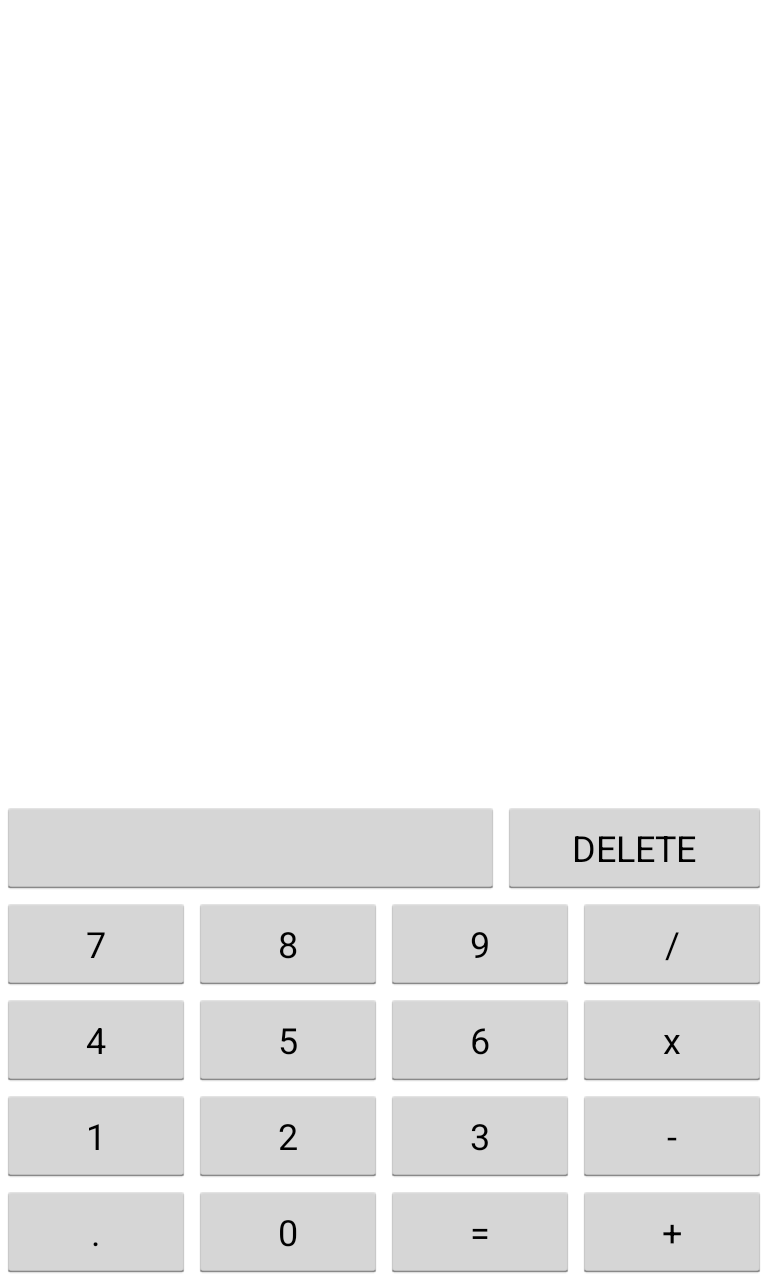
Repository: iracom/ejercicios-android
Layout: Calculadora/res/layout/activity_main.xml
These files come from the project's save history. The layout is drawn as it stood at one moment and after the next save; the edit follows.
It is drawn on a 768 x 1280 px phone screen (xhdpi) without system bars, with theme AppTheme; the app's code is not run.

Above is the layout before, as saved 2014-05-07 10:08:55.

After the next save:
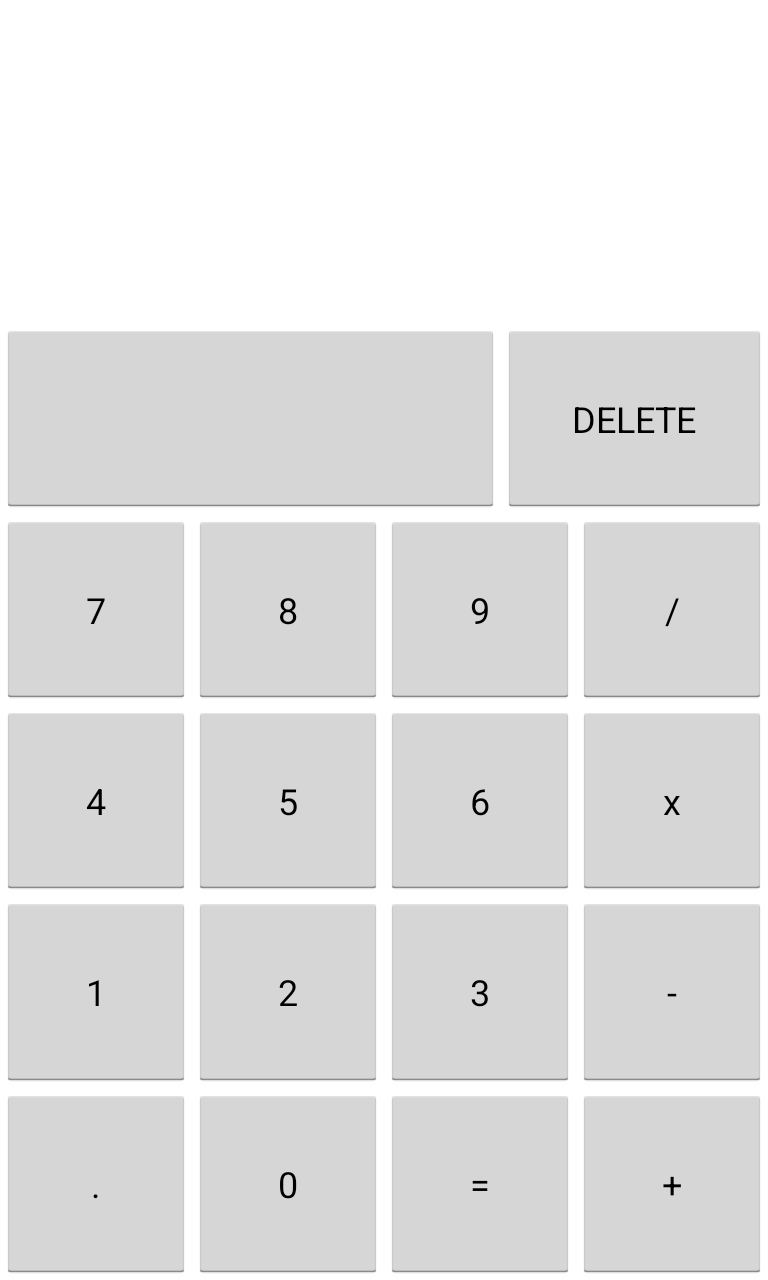
Saved 9 min 34 s later.
--- a/Calculadora/res/layout/activity_main.xml
+++ b/Calculadora/res/layout/activity_main.xml
@@ -9,19 +9,20 @@
         android:id="@+id/textView1"
         android:layout_width="match_parent"
         android:layout_height="wrap_content"
-        android:layout_weight="1"
+        android:layout_weight="3"
         android:gravity="right"
         android:text="" />
 
     <LinearLayout
         android:layout_width="match_parent"
         android:layout_height="wrap_content"
+        android:layout_weight="1"
         android:orientation="horizontal" >
 
         <Button
             android:id="@+id/btn_adorno"
             android:layout_width="wrap_content"
-            android:layout_height="wrap_content"
+            android:layout_height="match_parent"
             android:layout_weight="4"
             android:text=""
             android:clickable="false"/>
@@ -29,7 +30,7 @@
         <Button
             android:id="@+id/btn_delete"
             android:layout_width="wrap_content"
-            android:layout_height="wrap_content"
+            android:layout_height="match_parent"
             android:layout_weight="1"
             android:text="@string/borrar" />
 
@@ -38,33 +39,34 @@
     <LinearLayout
         android:layout_width="match_parent"
         android:layout_height="wrap_content"
+        android:layout_weight="1"
         android:orientation="horizontal" >
 
         <Button
             android:id="@+id/btn_7"
             android:layout_width="wrap_content"
-            android:layout_height="wrap_content"
+            android:layout_height="match_parent"
             android:layout_weight="1"
             android:text="@string/siete" />
 
         <Button
             android:id="@+id/btn_8"
             android:layout_width="wrap_content"
-            android:layout_height="wrap_content"
+            android:layout_height="match_parent"
             android:layout_weight="1"
             android:text="@string/ocho" />
 
         <Button
             android:id="@+id/btn_9"
             android:layout_width="wrap_content"
-            android:layout_height="wrap_content"
+            android:layout_height="match_parent"
             android:layout_weight="1"
             android:text="@string/nueve" />
 
         <Button
             android:id="@+id/btn_div"
             android:layout_width="wrap_content"
-            android:layout_height="wrap_content"
+            android:layout_height="match_parent"
             android:layout_weight="1"
             android:text="@string/div" />
 
@@ -73,33 +75,34 @@
     <LinearLayout
         android:layout_width="match_parent"
         android:layout_height="wrap_content"
+        android:layout_weight="1"
         android:orientation="horizontal" >
 
         <Button
             android:id="@+id/btn_4"
             android:layout_width="wrap_content"
-            android:layout_height="wrap_content"
+            android:layout_height="match_parent"
             android:layout_weight="1"
             android:text="@string/cuatro" />
 
         <Button
             android:id="@+id/btn_5"
             android:layout_width="wrap_content"
-            android:layout_height="wrap_content"
+            android:layout_height="match_parent"
             android:layout_weight="1"
             android:text="@string/cinco" />
 
         <Button
             android:id="@+id/btn_6"
             android:layout_width="wrap_content"
-            android:layout_height="wrap_content"
+            android:layout_height="match_parent"
             android:layout_weight="1"
             android:text="@string/seis" />
 
         <Button
             android:id="@+id/btn_mul"
             android:layout_width="wrap_content"
-            android:layout_height="wrap_content"
+            android:layout_height="match_parent"
             android:layout_weight="1"
             android:text="@string/mul" />
 
@@ -108,33 +111,34 @@
     <LinearLayout
         android:layout_width="match_parent"
         android:layout_height="wrap_content"
+        android:layout_weight="1"
         android:orientation="horizontal" >
 
         <Button
             android:id="@+id/btn_1"
             android:layout_width="wrap_content"
-            android:layout_height="wrap_content"
+            android:layout_height="match_parent"
             android:layout_weight="1"
             android:text="@string/uno" />
 
         <Button
             android:id="@+id/btn_2"
             android:layout_width="wrap_content"
-            android:layout_height="wrap_content"
+            android:layout_height="match_parent"
             android:layout_weight="1"
             android:text="@string/dos" />
 
         <Button
             android:id="@+id/btn_3"
             android:layout_width="wrap_content"
-            android:layout_height="wrap_content"
+            android:layout_height="match_parent"
             android:layout_weight="1"
             android:text="@string/tres" />
 
         <Button
             android:id="@+id/btn_res"
             android:layout_width="wrap_content"
-            android:layout_height="wrap_content"
+            android:layout_height="match_parent"
             android:layout_weight="1"
             android:text="@string/res" />
 
@@ -143,33 +147,34 @@
     <LinearLayout
         android:layout_width="match_parent"
         android:layout_height="wrap_content"
+        android:layout_weight="1"
         android:orientation="horizontal" >
 
         <Button
             android:id="@+id/btn_punto"
             android:layout_width="wrap_content"
-            android:layout_height="wrap_content"
+            android:layout_height="match_parent"
             android:layout_weight="1"
             android:text="@string/punto" />
 
         <Button
             android:id="@+id/btn_0"
             android:layout_width="wrap_content"
-            android:layout_height="wrap_content"
+            android:layout_height="match_parent"
             android:layout_weight="1"
             android:text="@string/cero" />
 
         <Button
             android:id="@+id/btn_igual"
             android:layout_width="wrap_content"
-            android:layout_height="wrap_content"
+            android:layout_height="match_parent"
             android:layout_weight="1"
             android:text="@string/igual" />
 
         <Button
             android:id="@+id/btn_sum"
             android:layout_width="wrap_content"
-            android:layout_height="wrap_content"
+            android:layout_height="match_parent"
             android:layout_weight="1"
             android:text="@string/sum" />
 
